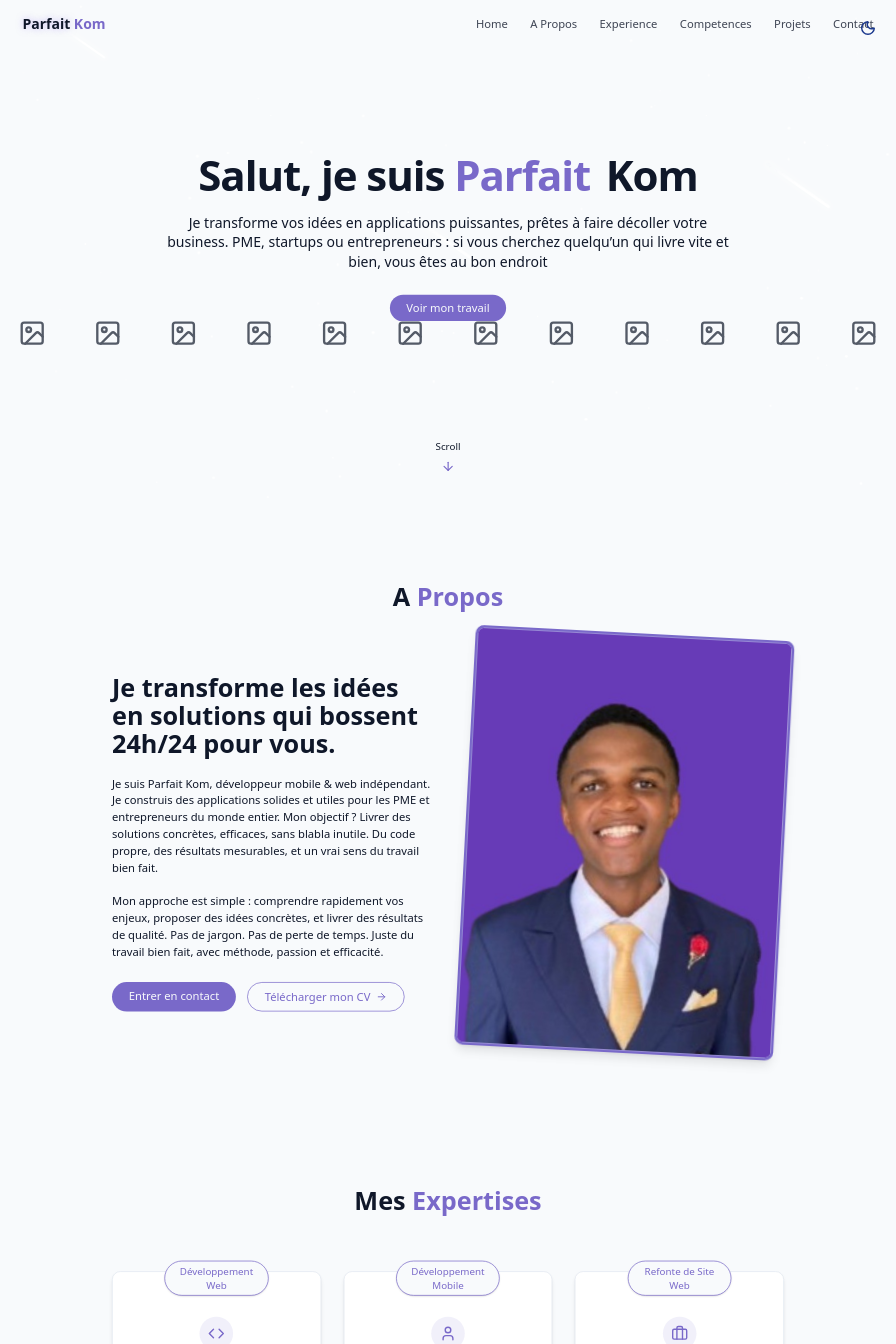
Repository: KOMI18/komi-folio
Page: /
An editor plug-in stored every save of this project. The page is shown before and after the next save, followed by the edit.
The browser window is 1280 px wide. The pictures show the part of the page from y = 0 to 1920 px (the page is 5793 px tall), at 70% of full size.
The project was rebuilt for these pictures with package versions that can differ from the ones it lists, and the page was loaded fresh each time. Some packages were replaced by stand-ins written for this rebuild. Also part of the build but not shown: vite.config.js, src/pages/NotFound.jsx.

Above is the page before, as saved 2025-06-27 21:21:29.

### index.html
<!doctype html>
<html lang="en">
  <head>
    <meta charset="UTF-8" />
    <link rel="icon" type="image/svg+xml" href="" />
    <meta name="viewport" content="width=device-width, initial-scale=1.0" />
    <title>Parfait Kom</title>
  </head>
  <body>
    <div id="root"></div>
    <script type="module" src="/src/main.jsx"></script>
  </body>
</html>

### src/pages/Home.jsx
import { Navbar } from "../components/Navbar";
import { ThemeToggle } from "../components/ThemeToggle";
import { StarBackground } from "@/components/StarBackground";
import { HeroSection } from "../components/HeroSection";
import { AboutSection } from "../components/AboutSection";
import { SkillsSection } from "../components/SkillsSection";
import { ProjectsSection } from "../components/ProjectsSection";
import { ContactSection } from "../components/ContactSection";
import { Footer } from "../components/Footer";
import {ExperienceSection} from "../components/ExperianceSection"
import { ExpertiseSection } from "../components/ExpertiseSection";
export const Home = () => {
  return (
    <div className="min-h-screen bg-background text-foreground overflow-x-hidden">
      {/* Theme Toggle */}
      <ThemeToggle />
      {/* Background Effects */}
      <StarBackground />

      {/* Navbar */}
      <Navbar />
      {/* Main Content */}
      <main>
        <HeroSection />
        <AboutSection />
        <ExpertiseSection/>
        <ExperienceSection/>
        <SkillsSection />
        <ProjectsSection />
        <ContactSection />
      </main>

      {/* Footer */}
      <Footer />
    </div>
  );
};

### src/components/ui/toaster.jsx
import { useToast } from "@/hooks/use-toast";
import {
  Toast,
  ToastClose,
  ToastDescription,
  ToastProvider,
  ToastTitle,
  ToastViewport,
} from "@/components/ui/toast";

export function Toaster() {
  const { toasts } = useToast();

  return (
    <ToastProvider>
      {toasts.map(function ({ id, title, description, action, ...props }) {
        return (
          <Toast key={id} {...props}>
            <div className="grid gap-1">
              {title && <ToastTitle>{title}</ToastTitle>}
              {description && (
                <ToastDescription>{description}</ToastDescription>
              )}
            </div>
            {action}
            <ToastClose />
          </Toast>
        );
      })}
      <ToastViewport />
    </ToastProvider>
  );
}

### src/components/Navbar.jsx
import { cn } from "@/lib/utils";
import { Menu, X } from "lucide-react";
import { useEffect, useState } from "react";

const navItems = [
  { name: "Home", href: "#hero" },
  { name: "A Propos", href: "#about" },
  { name: "Experience", href: "#experience" },
  { name: "Competences", href: "#skills" },
  { name: "Projets", href: "#projects" },
  { name: "Contact", href: "#contact" },


];

export const Navbar = () => {
  const [isScrolled, setIsScrolled] = useState(false);
  const [isMenuOpen, setIsMenuOpen] = useState(false);

  useEffect(() => {
    const handleScroll = () => {
      setIsScrolled(window.screenY > 10);
    };

    window.addEventListener("scroll", handleScroll);
    return () => window.removeEventListener("scroll", handleScroll);
  }, []);
  return (
    <nav
      className={cn(
        "fixed w-full z-40 transition-all duration-300",
        isScrolled ? "py-3 bg-background/80 backdrop-blur-md shadow-xs" : "py-5"
      )}
    >
      <div className="container flex items-center justify-between">
        <a
          className="text-xl font-bold text-primary flex items-center"
          href="#hero"
        >
          <span className="relative z-10">
            <span className="text-glow text-foreground"> Parfait  </span>{" "}
            Kom
          </span>
        </a>

        {/* desktop nav */}
        <div className="hidden md:flex space-x-8">
          {navItems.map((item, key) => (
            <a
              key={key}
              href={item.href}
              className="text-foreground/80 hover:text-primary transition-colors duration-300"
            >
              {item.name}
            </a>
          ))}
        </div>

        {/* mobile nav */}

        <button
          onClick={() => setIsMenuOpen((prev) => !prev)}
          className="md:hidden p-2 text-foreground z-50"
          aria-label={isMenuOpen ? "   Menu" : "Open Menu"}
        >
          {isMenuOpen ? <X size={24} /> : <Menu size={24} />}{" "}
        </button>

        <div
          className={cn(
            "fixed inset-0 bg-background/95 backdroup-blur-md z-40 flex flex-col items-center justify-center",
            "transition-all duration-300 md:hidden",
            isMenuOpen
              ? "opacity-100 pointer-events-auto"
              : "opacity-0 pointer-events-none"
          )}
        >
          <div className="flex flex-col space-y-8 text-xl">
            {navItems.map((item, key) => (
              <a
                key={key}
                href={item.href}
                className="text-foreground/80 hover:text-primary transition-colors duration-300"
                onClick={() => setIsMenuOpen(false)}
              >
                {item.name}
              </a>
            ))}
          </div>
        </div>
      </div>
    </nav>
  );
};

### src/components/ThemeToggle.jsx
import { Moon, Sun } from "lucide-react";
import { useEffect, useState } from "react";
import { cn } from "@/lib/utils";

export const ThemeToggle = () => {
  const [isDarkMode, setIsDarkMode] = useState(false);

  useEffect(() => {
    const storedTheme = localStorage.getItem("theme");
    if (storedTheme === "dark") {
      setIsDarkMode(true);
      document.documentElement.classList.add("dark");
    } else {
      localStorage.setItem("theme", "light");
      setIsDarkMode(false);
    }
  }, []);

  const toggleTheme = () => {
    if (isDarkMode) {
      document.documentElement.classList.remove("dark");
      localStorage.setItem("theme", "light");
      setIsDarkMode(false);
    } else {
      document.documentElement.classList.add("dark");
      localStorage.setItem("theme", "dark");
      setIsDarkMode(true);
    }
  };

  return (
    <button
      onClick={toggleTheme}
      className={cn(
        "fixed max-sm:hidden top-5 right-5 z-50 p-2 rounded-full transition-colors duration-300",
        "focus:outlin-hidden"
      )}
    >
      {isDarkMode ? (
        <Sun className="h-6 w-6 text-yellow-300" />
      ) : (
        <Moon className="h-6 w-6 text-blue-900" />
      )}
    </button>
  );
};

### src/components/StarBackground.jsx
import { useEffect, useState } from "react";

// id, size, x, y, opacity, animationDuration
// id, size, x, y, delay, animationDuration

export const StarBackground = () => {
  const [stars, setStars] = useState([]);
  const [meteors, setMeteors] = useState([]);

  useEffect(() => {
    generateStars();
    generateMeteors();

    const handleResize = () => {
      generateStars();
    };

    window.addEventListener("resize", handleResize);

    return () => window.removeEventListener("resize", handleResize);
  }, []);

  const generateStars = () => {
    const numberOfStars = Math.floor(
      (window.innerWidth * window.innerHeight) / 10000
    );

    const newStars = [];

    for (let i = 0; i < numberOfStars; i++) {
      newStars.push({
        id: i,
        size: Math.random() * 3 + 1,
        x: Math.random() * 100,
        y: Math.random() * 100,
        opacity: Math.random() * 0.5 + 0.5,
        animationDuration: Math.random() * 4 + 2,
      });
    }

    setStars(newStars);
  };

  const generateMeteors = () => {
    const numberOfMeteors = 4;
    const newMeteors = [];

    for (let i = 0; i < numberOfMeteors; i++) {
      newMeteors.push({
        id: i,
        size: Math.random() * 2 + 1,
        x: Math.random() * 100,
        y: Math.random() * 20,
        delay: Math.random() * 15,
        animationDuration: Math.random() * 3 + 3,
      });
    }

    setMeteors(newMeteors);
  };

  return (
    <div className="fixed inset-0 overflow-hidden pointer-events-none z-0">
      {stars.map((star) => (
        <div
          key={star.id}
          className="star animate-pulse-subtle"
          style={{
            width: star.size + "px",
            height: star.size + "px",
            left: star.x + "%",
            top: star.y + "%",
            opacity: star.opacity,
            animationDuration: star.animationDuration + "s",
          }}
        />
      ))}

      {meteors.map((meteor) => (
        <div
          key={meteor.id}
          className="meteor animate-meteor"
          style={{
            width: meteor.size * 50 + "px",
            height: meteor.size * 2 + "px",
            left: meteor.x + "%",
            top: meteor.y + "%",
            animationDelay: meteor.delay,
            animationDuration: meteor.animationDuration + "s",
          }}
        />
      ))}
    </div>
  );
};

### src/components/HeroSection.jsx
import { ArrowDown , Image } from "lucide-react";

export const HeroSection = () => {
  const logos = [
    { src: "/projects/project1.png", alt: "Flutter" },
    { src: "/projects/project1.png", alt: "React" },
    { src: "/projects/project1.png", alt: "Node.js" },
    { src: "/projects/project1.png", alt: "JavaScript" },
    { src: "/projects/project1.png", alt: "HTML5" },
    { src: "/projects/project1.png", alt: "CSS3" },
    { src: "/projects/project1.png", alt: "MongoDB" },
    { src: "/projects/project1.png", alt: "MySQL" }
  ];
  return (
    <section
      id="hero"
      className="relative min-h-screen flex flex-col items-center justify-center px-4"
    >
      <div className="container max-w-4xl mx-auto text-center z-10">
        <div className="space-y-6">
          <h1 className="text-4xl md:text-6xl font-bold tracking-tight">
            <span className="opacity-0 animate-fade-in">Salut, je suis</span>
            <span className="text-primary opacity-0 animate-fade-in-delay-1">
              {" "}
              Parfait
            </span>
            <span className="text-gradient ml-2 opacity-0 animate-fade-in-delay-2">
              {" "}
              Kom
            </span>
          </h1>

          <p className="text-lg md:text-xl text-muted-foreground max-2-2xl mx-auto opacity-0 animate-fade-in-delay-3">
          Je transforme vos idées en applications  puissantes, prêtes à faire décoller votre business.
          PME, startups ou entrepreneurs : si vous cherchez quelqu’un qui livre vite et bien, vous êtes au bon endroit
          </p>

          <div className="pt-4 opacity-0 animate-fade-in-delay-4">
            <a href="#projects" className="cosmic-button">
             Voir mon travail
            </a>
          </div>
        </div>
      </div>
      {/* <div className="overflow-hidden py-4 relative w-full"> */}
      <div className="animate-scroll flex gap-12 w-max">
        {[...logos, ...logos].map((logo, index) => (
          <div key={index} className="min-w-[60px] h-12 flex items-center justify-center">
            <Image src={logo.src} alt={logo.alt} width={40} height={40} className="opacity-70 hover:opacity-100 transition" />
          </div>
        ))}
      </div>

    {/* </div> */}
      <div className="absolute bottom-8 left-1/2 transform -translate-x-1/2 flex flex-col items-center animate-bounce">
        <span className="text-sm text-muted-foreground mb-2"> Scroll </span>
        <ArrowDown className="h-5 w-5 text-primary" />
      </div>
    </section>
  );

};

### src/components/AboutSection.jsx

import { ArrowRight , Image} from "lucide-react";

export const AboutSection = () => {
  return (
    <section id="about" className="py-24 px-4 bg-background">
       <h2 className="text-3xl md:text-4xl font-bold mb-4 py-4 text-center">
          {" "}
          A <span className="text-primary">Propos</span>
        </h2>
      <div className="container mx-auto max-w-5xl grid grid-cols-1 md:grid-cols-2  gap-12 items-center">
        {/* Image */}
        <div className="order-first md:order-last flex justify-center md:justify-start">
          <div className="w-40 h-40 sm:w-80 sm:h-80 md:w-[500px] md:h-[500px] lg:w-[600px] lg:h-[600px] relative transform rotate-3 rounded-xl overflow-hidden border-4 border-primary shadow-lg transition-transform duration-500 hover:scale-105">
            <img
              src="/projects/parfaitkom.jpeg"
              alt="Parfait Kom"
              className="w-full h-full object-cover"
              width={500}
              height={500}
            />
          </div>
        </div>
        {/* Content */}
        <div className="space-y-6">
          <h2 className="text-3xl md:text-4xl font-bold text-left  md:text-left">
            Je transforme les idées en solutions qui bossent 24h/24 pour vous.
          </h2>

          <p className="text-muted-foreground text-left md:text-left">
            Je suis Parfait Kom, développeur mobile & web indépendant. Je construis des applications solides et utiles pour les PME et entrepreneurs du monde entier. Mon objectif ? Livrer des solutions concrètes, efficaces, sans blabla inutile. Du code propre, des résultats mesurables, et un vrai sens du travail bien fait.
          </p>

          <p className="text-muted-foreground text-left md:text-left">
            Mon approche est simple : comprendre rapidement vos enjeux, proposer des idées concrètes, et livrer des résultats de qualité. Pas de jargon. Pas de perte de temps. Juste du travail bien fait, avec méthode, passion et efficacité.
          </p>

          <div className="flex flex-col sm:flex-row gap-4 pt-2">
            <a href="#contact" className="cosmic-button">
              Entrer en contact
            </a>

            <a
              href="/docs/Parfait_Kom_CV.pdf"
              download
              className="px-6 py-2 rounded-full border border-primary text-primary hover:bg-primary/10 transition-colors duration-300 flex items-center gap-2"
            >
              Télécharger mon CV <ArrowRight className="w-4 h-4" />
            </a>
          </div>
        </div>
      </div>
    </section>
  );
};

export default AboutSection;

### src/components/SkillsSection.jsx
import { useState } from "react";
import { cn } from "@/lib/utils";

const skills = [
  // Frontend
  { name: "Flutter / Dart", level: 70, category: "frontend" },
  { name: "JavaScript", level: 60, category: "frontend" },
  { name: "React", level: 80, category: "frontend" },
  { name: "Tailwind CSS", level: 90, category: "frontend" },


  // Backend
  { name: "Node.js", level: 80, category: "backend" },
  { name: "Express", level: 75, category: "backend" },
  { name: "MongoDB", level: 70, category: "backend" },

  // Tools
  { name: "Git/GitHub", level: 80, category: "tools" },
  { name: "Postman", level: 80, category: "tools" },
];

const categories = ["Tout", "frontend", "backend", "tools"];

export const SkillsSection = () => {
  const [activeCategory, setActiveCategory] = useState("Tout");

  const filteredSkills = skills.filter(
    (skill) => activeCategory === "Tout" || skill.category === activeCategory
  );
  return (
    <section id="skills" className="py-24 px-4 relative bg-secondary/30">
      <div className="container mx-auto max-w-5xl">
        <h2 className="text-3xl md:text-4xl font-bold mb-12 text-center">
        Mes  <span className="text-primary"> compétences</span>
        </h2>

        <div className="flex flex-wrap justify-center gap-4 mb-12">
          {categories.map((category, key) => (
            <button
              key={key}
              onClick={() => setActiveCategory(category)}
              className={cn(
                "px-5 py-2 rounded-full transition-colors duration-300 capitalize",
                activeCategory === category
                  ? "bg-primary text-primary-foreground"
                  : "bg-secondary/70 text-forefround hover:bd-secondary"
              )}
            >
              {category}
            </button>
          ))}
        </div>

        <div className="grid grid-cols-1 sm:grid-cols-2 lg:grid-cols-3 gap-6">
          {filteredSkills.map((skill, key) => (
            <div
              key={key}
              className="bg-card p-6 rounded-lg shadow-xs card-hover"
            >
              <div className="text-left mb-4">
                <h3 className="font-semibold text-lg"> {skill.name}</h3>
              </div>
              <div className="w-full bg-secondary/50 h-2 rounded-full overflow-hidden">
                <div
                  className="bg-primary h-2 rounded-full origin-left animate-[grow_1.5s_ease-out]"
                  style={{ width: skill.level + "%" }}
                />
              </div>

              <div className="text-right mt-1">
                <span className="text-sm text-muted-foreground">
                  {skill.level}%
                </span>
              </div>
            </div>
          ))}
        </div>
      </div>
    </section>
  );
};

### src/components/Footer.jsx
import { ArrowUp } from "lucide-react";

export const Footer = () => {
  return (
    <footer className="py-12 px-4 bg-card relative border-t border-border mt-12 pt-8 flex flex-wrap justify-between items-center">
      {" "}
      <p className="text-sm text-muted-foreground">
        {" "}
        &copy; {new Date().getFullYear()} Parfait Kom . All rights reserved.
      </p>
      <a
        href="#hero"
        className="p-2 rounded-full bg-primary/10 hover:bg-primary/20 text-primary transition-colors"
      >
        <ArrowUp size={20} />
      </a>
    </footer>
  );
};

### src/components/ExpertiseSection.jsx
import { useEffect } from "react";
import { Code, User, Briefcase } from "lucide-react";

export const ExpertiseSection = () => {
  const services = [
    {
      icon: <Code className="h-6 w-6 text-primary" />,
      title: "Développement Web",
      description:
        "Des sites solides, rapides, pensés pour convaincre et performer. Rien n'est laissé au hasard."
    },
    {
      icon: <User className="h-6 w-6 text-primary" />,
      title: "Développement Mobile",
      description:
        "Des applications mobiles modernes, stables et fluides. Pensées pour vos utilisateurs, conçues pour durer."
    },
    {
      icon: <Briefcase className="h-6 w-6 text-primary" />,
      title: "Refonte de Site Web",
      description:
        "Un site obsolète, c’est un frein. Je repense, restructure et redonne vie à votre présence en ligne."
    }
  ];

  useEffect(() => {
    const observer = new IntersectionObserver(
      (entries) => {
        entries.forEach((entry) => {
          if (entry.isIntersecting) {
            entry.target.classList.add("animate-fade-in-up");
            observer.unobserve(entry.target);
          }
        });
      },
      { threshold: 0.2 }
    );

    const cards = document.querySelectorAll(".expertise-card");
    cards.forEach((card) => observer.observe(card));

    return () => observer.disconnect();
  }, []);

  return (
    <section id="expertise" className="py-24 px-4 bg-background">
      <div className="container max-w-5xl mx-auto text-center">
        <h2 className="text-3xl md:text-4xl font-bold mb-16">
          Mes <span className="text-primary">Expertises</span>
        </h2>

        <div className="grid grid-cols-1 md:grid-cols-3 gap-8 items-end">
          {services.map((service, index) => (
            <div
              key={index}
              className="expertise-card opacity-0 transition-opacity duration-700 ease-out translate-y-4 relative z-10 bg-card border border-border rounded-xl p-6 shadow-md hover:shadow-lg flex flex-col justify-between"
            >
              <div>
                <div className="absolute -top-4 left-1/2 -translate-x-1/2 bg-background px-3 py-1 rounded-full border border-primary text-primary text-sm font-medium shadow">
                  {service.title}
                </div>
                <div className="flex flex-col items-center pt-10 space-y-4">
                  <div className="p-3 rounded-full bg-primary/10">{service.icon}</div>
                  <p className="text-muted-foreground text-sm text-center">
                    {service.description}
                  </p>
                </div>
              </div>
              {index < services.length  && (
                <svg
                  viewBox="0 0 100 50"
                  preserveAspectRatio="none"
                  className="w-full h-8 mt-4"
                >
                  <path
                    d="M0 0 C 50 50, 50 50, 100 0"
                    stroke="#6366f1"
                    strokeWidth="2"
                    fill="none"
                    strokeDasharray="6 4"
                  />
                </svg>
              )}
            </div>
          ))}
        </div>
      </div>
    </section>
  );
};

Loaded but not shown: src/main.jsx (common file); src/App.jsx (common file); src/lib/utils.js (common file); src/hooks/use-toast.js (144 lines, source omitted); src/components/ContactSection.jsx (186 lines, source omitted); src/components/ExperianceSection.jsx (117 lines, source omitted); src/components/ui/toast.jsx (102 lines, source omitted); src/components/ProjectsSection.jsx (112 lines, source omitted); src/index.css (176 lines, source omitted)

After the next save:
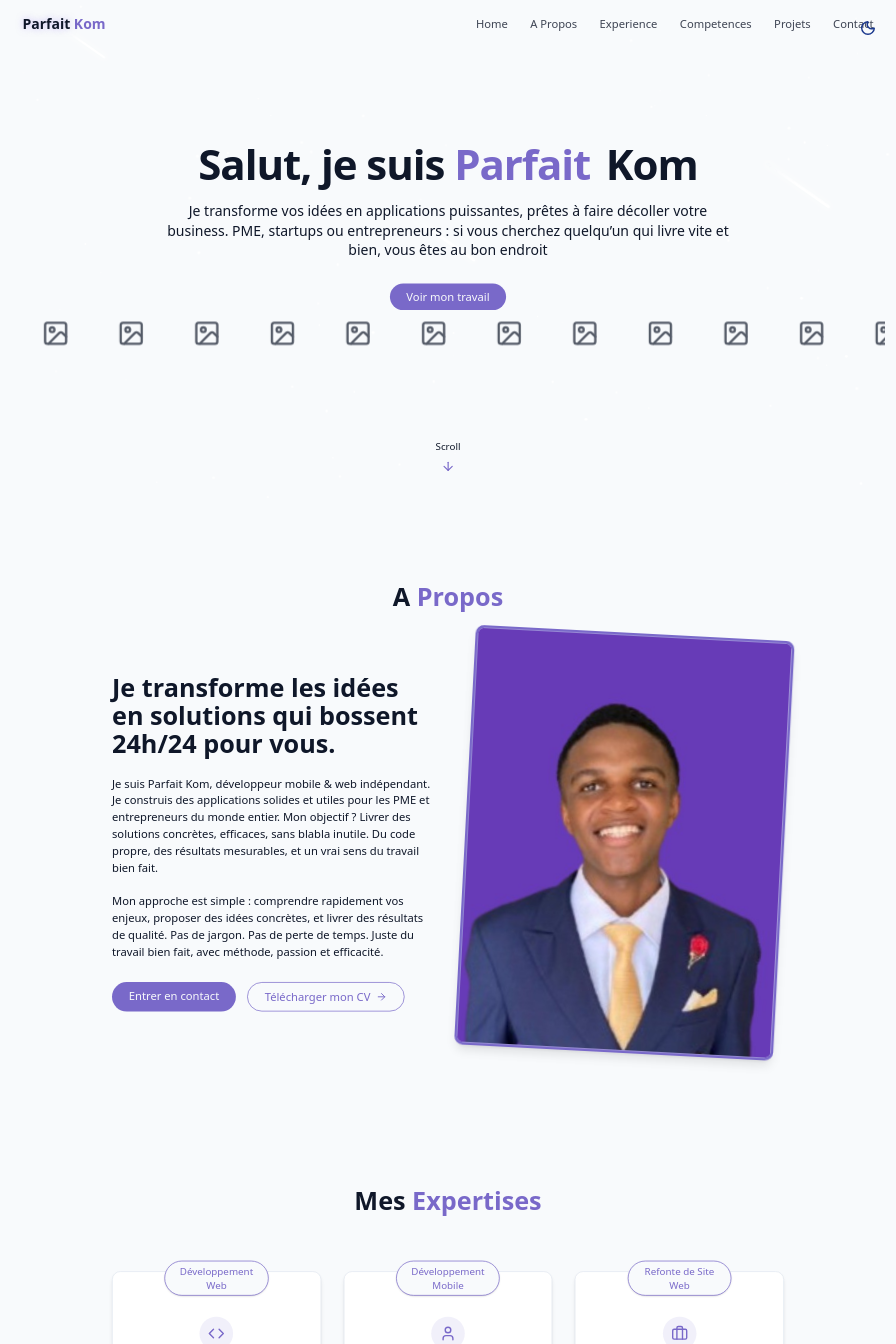
Saved 26 s later.
--- a/src/components/HeroSection.jsx
+++ b/src/components/HeroSection.jsx
@@ -42,7 +42,7 @@ export const HeroSection = () => {
           </div>
         </div>
       </div>
-      {/* <div className="overflow-hidden py-4 relative w-full"> */}
+      <div className="overflow-hidden py-4 relative w-full">
       <div className="animate-scroll flex gap-12 w-max">
         {[...logos, ...logos].map((logo, index) => (
           <div key={index} className="min-w-[60px] h-12 flex items-center justify-center">
@@ -50,8 +50,16 @@ export const HeroSection = () => {
           </div>
         ))}
       </div>
-
-    {/* </div> */}
+      <style jsx>{`
+        @keyframes scroll {
+          0% { transform: translateX(0); }
+          100% { transform: translateX(-50%); }
+        }
+        .animate-scroll {
+          animation: scroll 20s linear infinite;
+        }
+      `}</style>
+    </div>
       <div className="absolute bottom-8 left-1/2 transform -translate-x-1/2 flex flex-col items-center animate-bounce">
         <span className="text-sm text-muted-foreground mb-2"> Scroll </span>
         <ArrowDown className="h-5 w-5 text-primary" />
